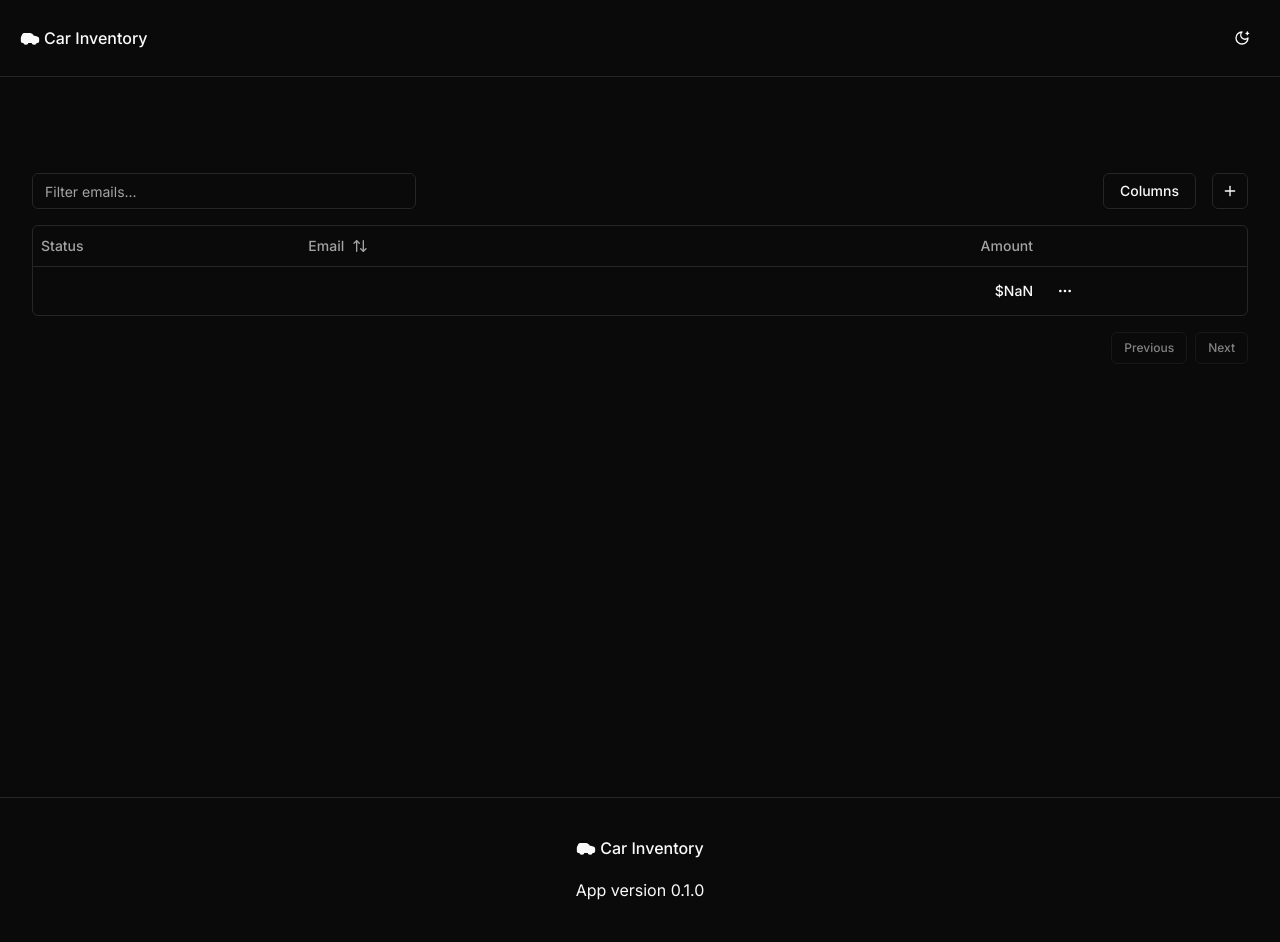
Repository: tushcmd/car-inventory
Page: / (app in frontend/)
The author's editor kept a copy of each file at every save. The page is drawn from the files as they stood at one save, then again after the next save.
The browser window is 1280 px wide. The pictures show the whole page.
The project was rebuilt for these pictures with package versions that can differ from the ones it lists, and the page was loaded fresh each time. The framework's server and built-in components were replaced by stand-ins that run in the browser. Also part of the build but not shown: frontend/next.config.mjs.

Above is the page before, as saved 2024-05-12 08:20:53.

### frontend/app/layout.tsx
import type { Metadata } from "next";
import { Inter } from "next/font/google";
import "./globals.css";
import AppProviders from "@/components/providers/AppProviders";
import Navbar from '@/components/shared/Navbar';
import Footer from "@/components/shared/Footer";

const inter = Inter({ subsets: ["latin"] });

export const metadata: Metadata = {
  title: "Car Garage Inventory",
  description: "Nextjs Shadcnui Nodejs Express and MongoDB CRUD",
};

export default function RootLayout({
  children,
}: Readonly<{
  children: React.ReactNode;
}>) {
  return (
    <html lang="en" suppressHydrationWarning>
      <body className={inter.className}>
        <AppProviders>
          <Navbar />
          {children}
          <Footer />
        </AppProviders>
      </body>
    </html>
  );
}

### frontend/app/page.tsx
//import Main from "@/components/Main";
import { Car, columns } from "@/components/Home/columns"
import { CarTable } from "@/components/Home/car-table"

async function getData(): Promise<Car[]> {
  // Fetch data from your API here.
  return [
    {
      ownerName: 'John Smith',
      make: 'Honda',
      model: 'Civic',
      carYear: 2015,
      issue: 'Engine failure',
      repairPrice: 1200,
    }
    // ...
  ]
}

export default async function DemoPage() {
  const data = await getData()

  return (
    <div className="page-container min-h-screen">
      <CarTable columns={columns} data={data} />
    </div>
  )
}

### frontend/app/globals.css
@tailwind base;
@tailwind components;
@tailwind utilities;

@layer base {
  :root {
    --background: 0 0% 100%;
    --foreground: 0 0% 3.9%;

    --card: 0 0% 100%;
    --card-foreground: 0 0% 3.9%;

    --popover: 0 0% 100%;
    --popover-foreground: 0 0% 3.9%;

    --primary: 0 0% 9%;
    --primary-foreground: 0 0% 98%;

    --secondary: 0 0% 96.1%;
    --secondary-foreground: 0 0% 9%;

    --muted: 0 0% 96.1%;
    --muted-foreground: 0 0% 45.1%;

    --accent: 0 0% 96.1%;
    --accent-foreground: 0 0% 9%;

    --destructive: 0 84.2% 60.2%;
    --destructive-foreground: 0 0% 98%;

    --border: 0 0% 89.8%;
    --input: 0 0% 89.8%;
    --ring: 0 0% 3.9%;

    --radius: 0.5rem;
  }

  .dark {
    --background: 0 0% 3.9%;
    --foreground: 0 0% 98%;

    --card: 0 0% 3.9%;
    --card-foreground: 0 0% 98%;

    --popover: 0 0% 3.9%;
    --popover-foreground: 0 0% 98%;

    --primary: 0 0% 98%;
    --primary-foreground: 0 0% 9%;

    --secondary: 0 0% 14.9%;
    --secondary-foreground: 0 0% 98%;

    --muted: 0 0% 14.9%;
    --muted-foreground: 0 0% 63.9%;

    --accent: 0 0% 14.9%;
    --accent-foreground: 0 0% 98%;

    --destructive: 0 62.8% 30.6%;
    --destructive-foreground: 0 0% 98%;

    --border: 0 0% 14.9%;
    --input: 0 0% 14.9%;
    --ring: 0 0% 83.1%;
  }
}

@layer base {
  * {
    @apply border-border;
  }
  body {
    @apply bg-background text-foreground;
  }
}


@layer components {

  /* FONT SIZES */
  .h1 {
		@apply text-5xl lg:text-6xl font-bold;
	}
	.h2 {
		@apply sm:text-3xl text-4xl font-bold;
	}
	.h3 {
		@apply text-2xl font-medium;
	}
	.h4 {
		@apply text-xl sm:text-lg font-normal;
	}

  /* LAYOUTS  */
	.layout-container {
		@apply container mx-auto px-5;
	}

	.page-container {
		@apply container py-20 flex flex-col gap-16 max-w-7xl;
	}
}

### frontend/components/providers/AppProviders.tsx
'use client';

import { ThemeProvider } from 'next-themes';
import { FC, ReactNode } from 'react';

interface AppProvidersProps {
  children: ReactNode;
}


const AppProviders: FC<AppProvidersProps> = ({ children }) => {
  return (
    <>
      <ThemeProvider attribute="class" disableTransitionOnChange defaultTheme="dark" enableSystem>
        {children}

      </ThemeProvider>
    </>
  );
};

export default AppProviders;

### frontend/components/shared/Navbar.tsx
import React, { FC } from 'react';
import ThemeSwitcherButton from '../ui/ThemeSwitcher';
import Logo from './Logo';

const Navbar: FC = () => {
  return (
    <nav className="border-b py-5">
      <div className="layout-container flex justify-between items-center max-w-7xl">
        <Logo />
        <ThemeSwitcherButton />
      </div>
    </nav>
  );
};

export default Navbar;

### frontend/components/shared/Footer.tsx
import React, { FC } from 'react'
import Logo from './Logo'

const Footer: FC = () => {
  return (
    <footer className='border-t'>
        <div className='layout-container flex flex-col gap-5 items-center  justify-center py-10'>
            <Logo />
            <p>App version 0.1.0</p>
        </div>

    </footer>
  )
}

export default Footer

### frontend/components/Home/columns.tsx
"use client"

import { ColumnDef } from "@tanstack/react-table"

import { ArrowUpDown, MoreHorizontal } from "lucide-react"

import { Button } from "@/components/ui/button"
import {
  DropdownMenu,
  DropdownMenuContent,
  DropdownMenuItem,
  DropdownMenuLabel,
  DropdownMenuSeparator,
  DropdownMenuTrigger,
} from "@/components/ui/dropdown-menu"

// This type is used to define the shape of our data.
// You can use a Zod schema here if you want.
//export type Payment = {
//  id: string
//  amount: number
//  status: "pending" | "processing" | "success" | "failed"
//  email: string
//}

export type Car = {
  ownerName: string,
  make: string,
  model: string,
  carYear: 2015,
  issue: string,
  repairPrice: number
}

export const columns: ColumnDef<Car>[] = [
  {
    accessorKey: "status",
    header: "Status",
  },
  {
    accessorKey: "email",
    header: ({ column }) => {
      return (
        <Button
          variant="ghost"
          onClick={() => column.toggleSorting(column.getIsSorted() === "asc")}
        >
          Email
          <ArrowUpDown className="ml-2 h-4 w-4" />
        </Button>
      )
    },
  },
  {
    accessorKey: "amount",
    header: () => <div className="text-right">Amount</div>,
    cell: ({ row }) => {
      const amount = parseFloat(row.getValue("amount"))
      const formatted = new Intl.NumberFormat("en-US", {
        style: "currency",
        currency: "USD",
      }).format(amount)

      return <div className="text-right font-medium">{formatted}</div>
    },
  },
  {
    id: "actions",
    cell: ({ row }) => {
      const payment = row.original

      return (
        <DropdownMenu>
          <DropdownMenuTrigger asChild>
            <Button variant="ghost" className="h-8 w-8 p-0">
              <span className="sr-only">Open menu</span>
              <MoreHorizontal className="h-4 w-4" />
            </Button>
          </DropdownMenuTrigger>
          <DropdownMenuContent align="end">
            <DropdownMenuLabel>Actions</DropdownMenuLabel>
            <DropdownMenuItem
              //onClick={() => navigator.clipboard.writeText(payment.id)}
            >
              Copy payment ID
            </DropdownMenuItem>
            <DropdownMenuSeparator />
            <DropdownMenuItem>View customer</DropdownMenuItem>
            <DropdownMenuItem>View payment details</DropdownMenuItem>
          </DropdownMenuContent>
        </DropdownMenu>
      )
    },
  },
]

### frontend/components/Home/car-table.tsx
"use client"
import React from "react"

import { Button } from "@/components/ui/button"
import {
    DropdownMenu,
    DropdownMenuCheckboxItem,
    DropdownMenuContent,
    DropdownMenuTrigger,
} from "@/components/ui/dropdown-menu"

import {
    ColumnDef,
    ColumnFiltersState,
    flexRender,
    getFilteredRowModel,
    SortingState,
    VisibilityState,
    getCoreRowModel,
    getPaginationRowModel,
    getSortedRowModel,
    useReactTable,
} from "@tanstack/react-table"

import {
    Table,
    TableBody,
    TableCell,
    TableHead,
    TableHeader,
    TableRow,
} from "@/components/ui/table"

import { Input } from "@/components/ui/input"
import { Plus } from "lucide-react"


interface CarTableProps<TData, TValue> {
    columns: ColumnDef<TData, TValue>[]
    data: TData[]
}

export function CarTable<TData, TValue>({
    columns,
    data,
}: DataTableProps<TData, TValue>) {
    const [sorting, setSorting] = React.useState<SortingState>([])
    const [columnFilters, setColumnFilters] = React.useState<ColumnFiltersState>(
        []
    )
    const [columnVisibility, setColumnVisibility] =
        React.useState<VisibilityState>({})

    const table = useReactTable({
        data,
        columns,
        getCoreRowModel: getCoreRowModel(),
        getPaginationRowModel: getPaginationRowModel(),
        onSortingChange: setSorting,
        getSortedRowModel: getSortedRowModel(),
        onColumnFiltersChange: setColumnFilters,
        getFilteredRowModel: getFilteredRowModel(),
        onColumnVisibilityChange: setColumnVisibility,
        state: {
            sorting,
            columnFilters,
            columnVisibility,
        },
    })

    return (
        <div>
            <div className="flex items-center py-4 flex-row justify-between">
                <Input
                    placeholder="Filter emails..."
                    value={(table.getColumn("email")?.getFilterValue() as string) ?? ""}
                    onChange={(event) =>
                        table.getColumn("email")?.setFilterValue(event.target.value)
                    }
                    className="max-w-sm"
                />
                <div className="inline-flex gap-4">
                    <DropdownMenu>
                        <DropdownMenuTrigger asChild>
                            <Button variant="outline" className="ml-auto">
                                Columns
                            </Button>
                        </DropdownMenuTrigger>
                        <DropdownMenuContent align="end">
                            {table
                                .getAllColumns()
                                .filter(
                                    (column) => column.getCanHide()
                                )
                                .map((column) => {
                                    return (
                                        <DropdownMenuCheckboxItem
                                            key={column.id}
                                            className="capitalize"
                                            checked={column.getIsVisible()}
                                            onCheckedChange={(value) =>
                                                column.toggleVisibility(!!value)
                                            }
                                        >
                                            {column.id}
                                        </DropdownMenuCheckboxItem>
                                    )
                                })}
                        </DropdownMenuContent>
                    </DropdownMenu>
                    <Button variant="outline" size="icon">
                        <Plus className="h-4 w-4" />
                    </Button>
                </div>
            </div>
            <div className="rounded-md border">
                <Table>
                    <TableHeader>
                        {table.getHeaderGroups().map((headerGroup) => (
                            <TableRow key={headerGroup.id}>
                                {headerGroup.headers.map((header) => {
                                    return (
                                        <TableHead key={header.id}>
                                            {header.isPlaceholder
                                                ? null
                                                : flexRender(
                                                    header.column.columnDef.header,
                                                    header.getContext()
                                                )}
                                        </TableHead>
                                    )
                                })}
                            </TableRow>
                        ))}
                    </TableHeader>
                    <TableBody>
                        {table.getRowModel().rows?.length ? (
                            table.getRowModel().rows.map((row) => (
                                <TableRow
                                    key={row.id}
                                    data-state={row.getIsSelected() && "selected"}
                                >
                                    {row.getVisibleCells().map((cell) => (
                                        <TableCell key={cell.id}>
                                            {flexRender(cell.column.columnDef.cell, cell.getContext())}
                                        </TableCell>
                                    ))}
                                </TableRow>
                            ))
                        ) : (
                            <TableRow>
                                <TableCell colSpan={columns.length} className="h-24 text-center">
                                    No results.
                                </TableCell>
                            </TableRow>
                        )}
                    </TableBody>
                </Table>
            </div>

            <div className="flex items-center justify-end space-x-2 py-4">
                <Button
                    variant="outline"
                    size="sm"
                    onClick={() => table.previousPage()}
                    disabled={!table.getCanPreviousPage()}
                >
                    Previous
                </Button>
                <Button
                    variant="outline"
                    size="sm"
                    onClick={() => table.nextPage()}
                    disabled={!table.getCanNextPage()}
                >
                    Next
                </Button>
            </div>
        </div>
    )
}

### frontend/components/ui/ThemeSwitcher.tsx
"use client";

import { useTheme } from "next-themes";
import React, { FC, useEffect, useState } from "react";
import { SunIcon,  Laptop, MoonStarIcon } from "lucide-react";
import {
	DropdownMenu,
	DropdownMenuContent,
	DropdownMenuItem,
	DropdownMenuTrigger,
} from "./dropdown-menu";
import { Button } from "./button";

const themes = [
	{
		value: "light",
		label: "Light",
		icon: SunIcon,
	},
	{
		value: "dark",
		label: "Dark",
		icon: MoonStarIcon,
	},
	{
		value: "system",
		label: "System",
		icon: Laptop,
	},
];

const ThemeSwitcher: FC = () => {
  const [mounted, setMounted] = useState(false)
	const { theme, setTheme } = useTheme();
	const currentTheme = themes.find((t) => t.value === theme);
	const ThemeIcon = currentTheme?.icon

  useEffect(() => {
    setMounted(true)
  }, [])

	return mounted && (
		<div className="flex">
			<DropdownMenu  >
				<DropdownMenuTrigger asChild>
					<Button variant="ghost" size={"icon"}>{!!ThemeIcon && <ThemeIcon className="w-4 h-4"/>}</Button>
				</DropdownMenuTrigger>
				<DropdownMenuContent>
					{themes.map(({value, label}) => <DropdownMenuItem role="button" onClick={() => setTheme(value)} key={value}>{label}</DropdownMenuItem>)}
				</DropdownMenuContent>
			</DropdownMenu>
		</div>
	);
};

export default ThemeSwitcher;

### frontend/components/shared/Logo.tsx

import { Car } from "lucide-react";
import Link from "next/link";
import React, { FC } from "react";

const Logo: FC = () => {
	return (
		<Link href='/' className="flex items-center gap-1 component-focus rounded-md">
			<Car   className="w-5 h-5 fill-current" />
			<h1 className="inline-flex flex-col gap-0 leading-none font-medium">
				<p>Car Inventory</p>
			</h1>
		</Link>
	);
};

export default Logo;

### frontend/components/ui/button.tsx
import * as React from "react"
import { Slot } from "@radix-ui/react-slot"
import { cva, type VariantProps } from "class-variance-authority"

import { cn } from "@/lib/utils"

const buttonVariants = cva(
  "inline-flex items-center justify-center whitespace-nowrap rounded-md text-sm font-medium transition-colors focus-visible:outline-none focus-visible:ring-1 focus-visible:ring-ring disabled:pointer-events-none disabled:opacity-50",
  {
    variants: {
      variant: {
        default:
          "bg-primary text-primary-foreground shadow hover:bg-primary/90",
        destructive:
          "bg-destructive text-destructive-foreground shadow-sm hover:bg-destructive/90",
        outline:
          "border border-input bg-background shadow-sm hover:bg-accent hover:text-accent-foreground",
        secondary:
          "bg-secondary text-secondary-foreground shadow-sm hover:bg-secondary/80",
        ghost: "hover:bg-accent hover:text-accent-foreground",
        link: "text-primary underline-offset-4 hover:underline",
      },
      size: {
        default: "h-9 px-4 py-2",
        sm: "h-8 rounded-md px-3 text-xs",
        lg: "h-10 rounded-md px-8",
        icon: "h-9 w-9",
      },
    },
    defaultVariants: {
      variant: "default",
      size: "default",
    },
  }
)

export interface ButtonProps
  extends React.ButtonHTMLAttributes<HTMLButtonElement>,
    VariantProps<typeof buttonVariants> {
  asChild?: boolean
}

const Button = React.forwardRef<HTMLButtonElement, ButtonProps>(
  ({ className, variant, size, asChild = false, ...props }, ref) => {
    const Comp = asChild ? Slot : "button"
    return (
      <Comp
        className={cn(buttonVariants({ variant, size, className }))}
        ref={ref}
        {...props}
      />
    )
  }
)
Button.displayName = "Button"

export { Button, buttonVariants }

### frontend/components/ui/table.tsx
import * as React from "react"

import { cn } from "@/lib/utils"

const Table = React.forwardRef<
  HTMLTableElement,
  React.HTMLAttributes<HTMLTableElement>
>(({ className, ...props }, ref) => (
  <div className="relative w-full overflow-auto">
    <table
      ref={ref}
      className={cn("w-full caption-bottom text-sm", className)}
      {...props}
    />
  </div>
))
Table.displayName = "Table"

const TableHeader = React.forwardRef<
  HTMLTableSectionElement,
  React.HTMLAttributes<HTMLTableSectionElement>
>(({ className, ...props }, ref) => (
  <thead ref={ref} className={cn("[&_tr]:border-b", className)} {...props} />
))
TableHeader.displayName = "TableHeader"

const TableBody = React.forwardRef<
  HTMLTableSectionElement,
  React.HTMLAttributes<HTMLTableSectionElement>
>(({ className, ...props }, ref) => (
  <tbody
    ref={ref}
    className={cn("[&_tr:last-child]:border-0", className)}
    {...props}
  />
))
TableBody.displayName = "TableBody"

const TableFooter = React.forwardRef<
  HTMLTableSectionElement,
  React.HTMLAttributes<HTMLTableSectionElement>
>(({ className, ...props }, ref) => (
  <tfoot
    ref={ref}
    className={cn(
      "border-t bg-muted/50 font-medium [&>tr]:last:border-b-0",
      className
    )}
    {...props}
  />
))
TableFooter.displayName = "TableFooter"

const TableRow = React.forwardRef<
  HTMLTableRowElement,
  React.HTMLAttributes<HTMLTableRowElement>
>(({ className, ...props }, ref) => (
  <tr
    ref={ref}
    className={cn(
      "border-b transition-colors hover:bg-muted/50 data-[state=selected]:bg-muted",
      className
    )}
    {...props}
  />
))
TableRow.displayName = "TableRow"

const TableHead = React.forwardRef<
  HTMLTableCellElement,
  React.ThHTMLAttributes<HTMLTableCellElement>
>(({ className, ...props }, ref) => (
  <th
    ref={ref}
    className={cn(
      "h-10 px-2 text-left align-middle font-medium text-muted-foreground [&:has([role=checkbox])]:pr-0 [&>[role=checkbox]]:translate-y-[2px]",
      className
    )}
    {...props}
  />
))
TableHead.displayName = "TableHead"

const TableCell = React.forwardRef<
  HTMLTableCellElement,
  React.TdHTMLAttributes<HTMLTableCellElement>
>(({ className, ...props }, ref) => (
  <td
    ref={ref}
    className={cn(
      "p-2 align-middle [&:has([role=checkbox])]:pr-0 [&>[role=checkbox]]:translate-y-[2px]",
      className
    )}
    {...props}
  />
))
TableCell.displayName = "TableCell"

const TableCaption = React.forwardRef<
  HTMLTableCaptionElement,
  React.HTMLAttributes<HTMLTableCaptionElement>
>(({ className, ...props }, ref) => (
  <caption
    ref={ref}
    className={cn("mt-4 text-sm text-muted-foreground", className)}
    {...props}
  />
))
TableCaption.displayName = "TableCaption"

export {
  Table,
  TableHeader,
  TableBody,
  TableFooter,
  TableHead,
  TableRow,
  TableCell,
  TableCaption,
}

### frontend/components/ui/input.tsx
import * as React from "react"

import { cn } from "@/lib/utils"

export interface InputProps
  extends React.InputHTMLAttributes<HTMLInputElement> {}

const Input = React.forwardRef<HTMLInputElement, InputProps>(
  ({ className, type, ...props }, ref) => {
    return (
      <input
        type={type}
        className={cn(
          "flex h-9 w-full rounded-md border border-input bg-transparent px-3 py-1 text-sm shadow-sm transition-colors file:border-0 file:bg-transparent file:text-sm file:font-medium placeholder:text-muted-foreground focus-visible:outline-none focus-visible:ring-1 focus-visible:ring-ring disabled:cursor-not-allowed disabled:opacity-50",
          className
        )}
        ref={ref}
        {...props}
      />
    )
  }
)
Input.displayName = "Input"

export { Input }

Loaded but not shown: frontend/lib/utils.ts (common file); frontend/tailwind.config.ts (common file); frontend/components/ui/dropdown-menu.tsx (205 lines, source omitted)

After the next save:
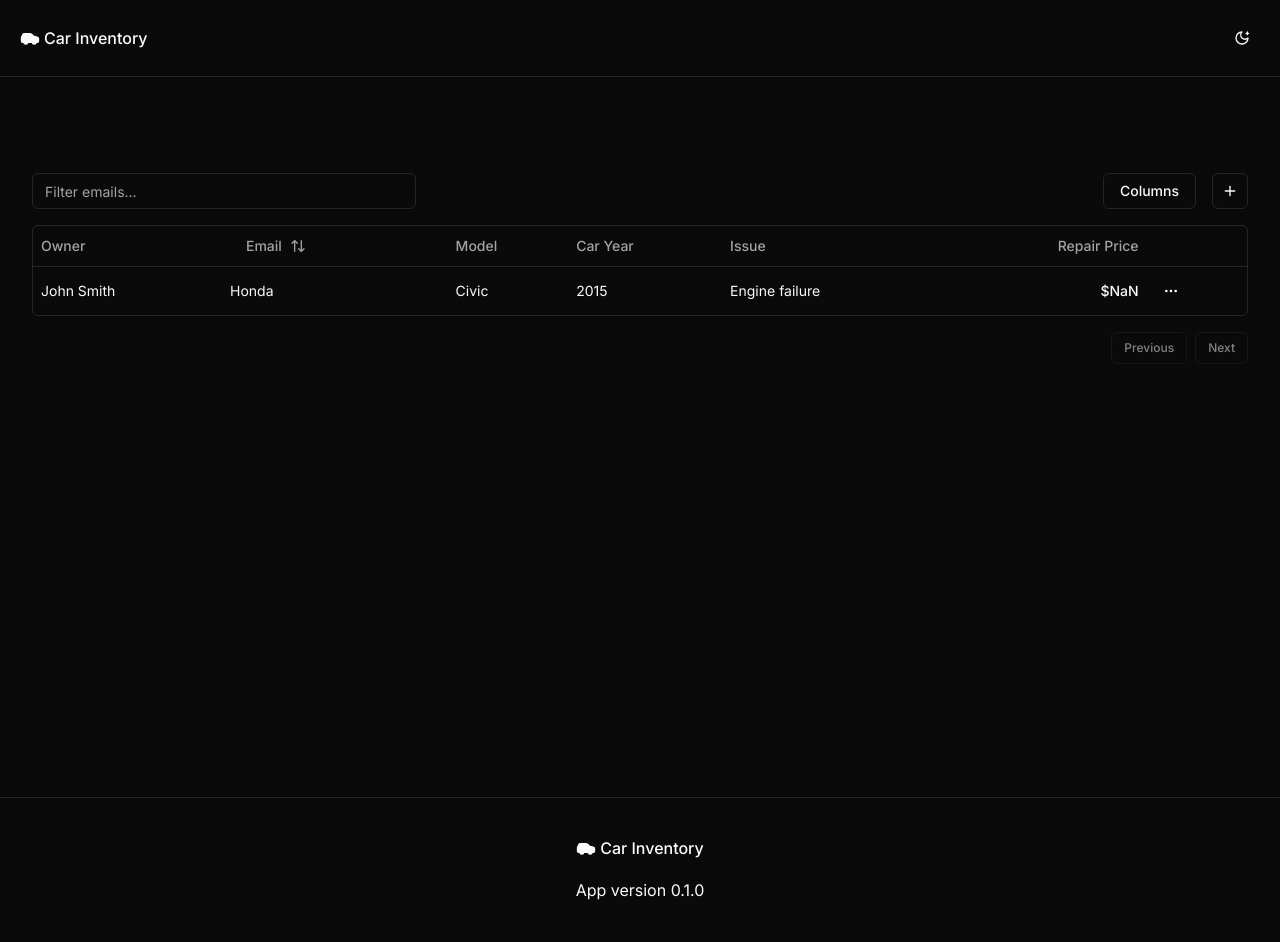
Saved 7 min 2 s later.
--- a/frontend/components/Home/columns.tsx
+++ b/frontend/components/Home/columns.tsx
@@ -34,11 +34,11 @@ export type Car = {
 
 export const columns: ColumnDef<Car>[] = [
   {
-    accessorKey: "status",
-    header: "Status",
+    accessorKey: "ownerName",
+    header: "Owner",
   },
   {
-    accessorKey: "email",
+    accessorKey: "make",
     header: ({ column }) => {
       return (
         <Button
@@ -52,8 +52,20 @@ export const columns: ColumnDef<Car>[] = [
     },
   },
   {
-    accessorKey: "amount",
-    header: () => <div className="text-right">Amount</div>,
+    accessorKey: "model",
+    header: "Model",
+  },
+  {
+    accessorKey: "carYear",
+    header: "Car Year",
+  },
+  {
+    accessorKey: "issue",
+    header: "Issue",
+  },
+  {
+    accessorKey: "repairPrice",
+    header: () => <div className="text-right">Repair Price</div>,
     cell: ({ row }) => {
       const amount = parseFloat(row.getValue("amount"))
       const formatted = new Intl.NumberFormat("en-US", {
